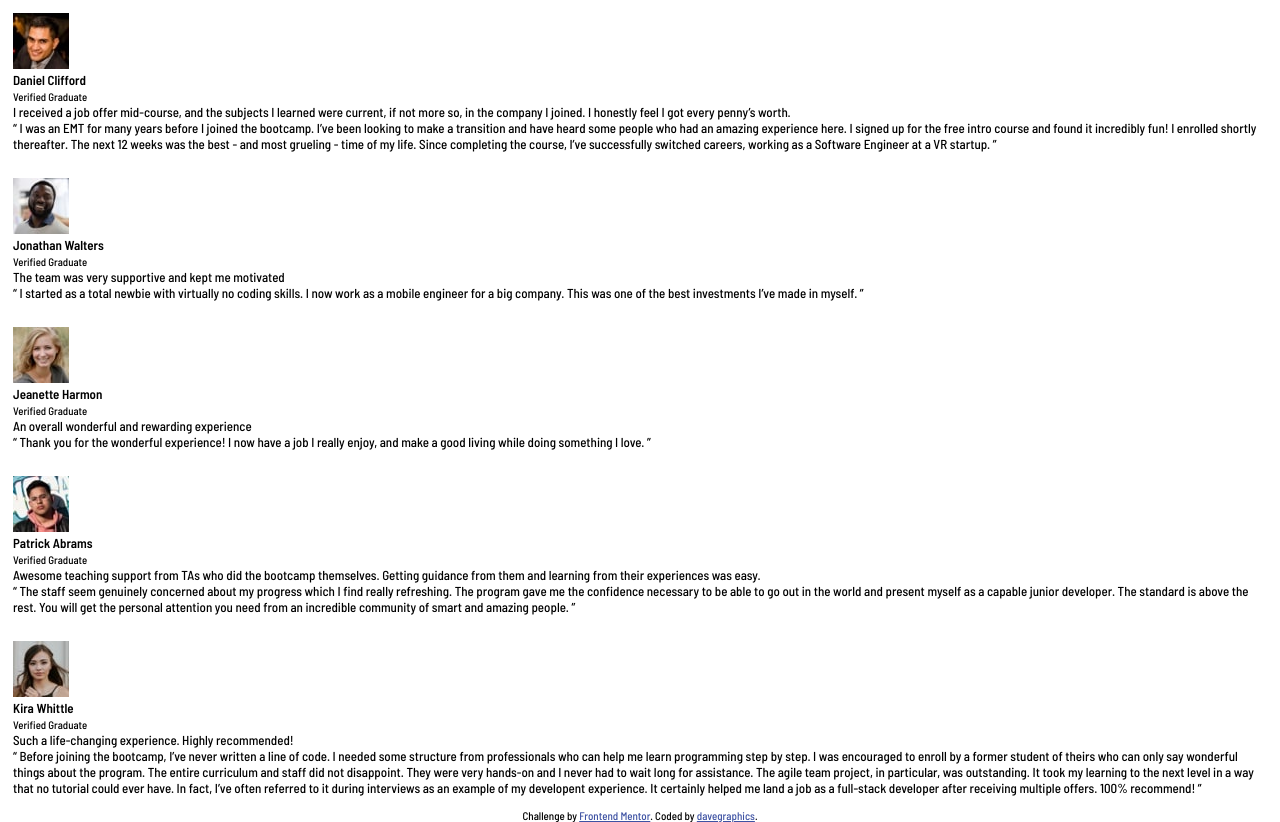
Repository: DejV44/testimonials_grid_section_main
Page: index.html
An editor plug-in stored every save of this project. The page is shown before and after the next save, followed by the edit.
The browser window is 1280 px wide. The pictures show the whole page.
The style sheet was rebuilt from its Sass, Less or Tailwind sources for each picture, by a compiler version that may differ from the author's.

Above is the page before, as saved 2021-07-14 19:46:46.

After the next save:
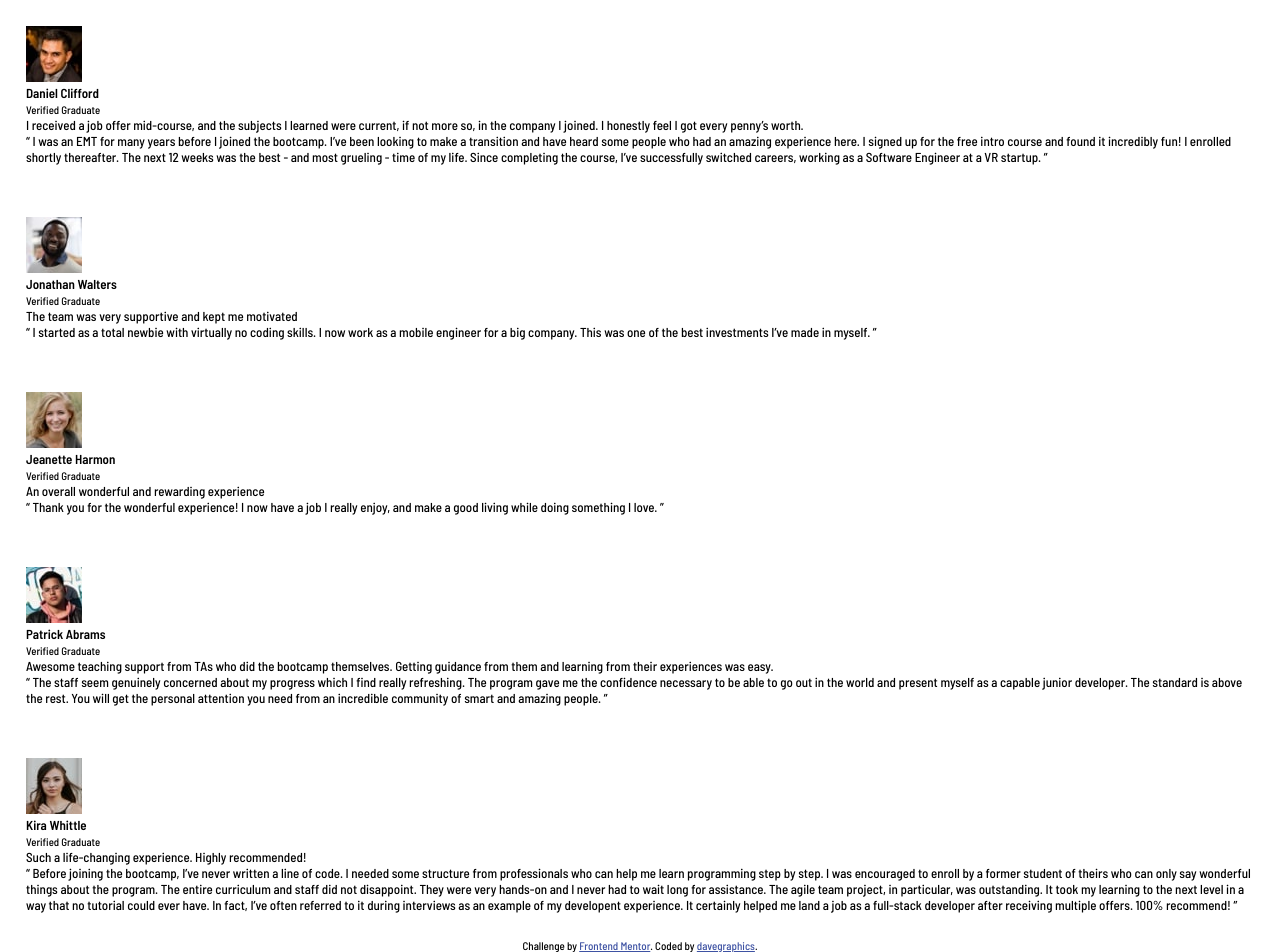
Saved 10 s later.
--- a/css/style.scss
+++ b/css/style.scss
@@ -21,7 +21,7 @@ body {
         grid-template-columns: 1fr;
 
         .cards {
-            padding: 1em;
+            padding: 2em;
         }
 
     }
